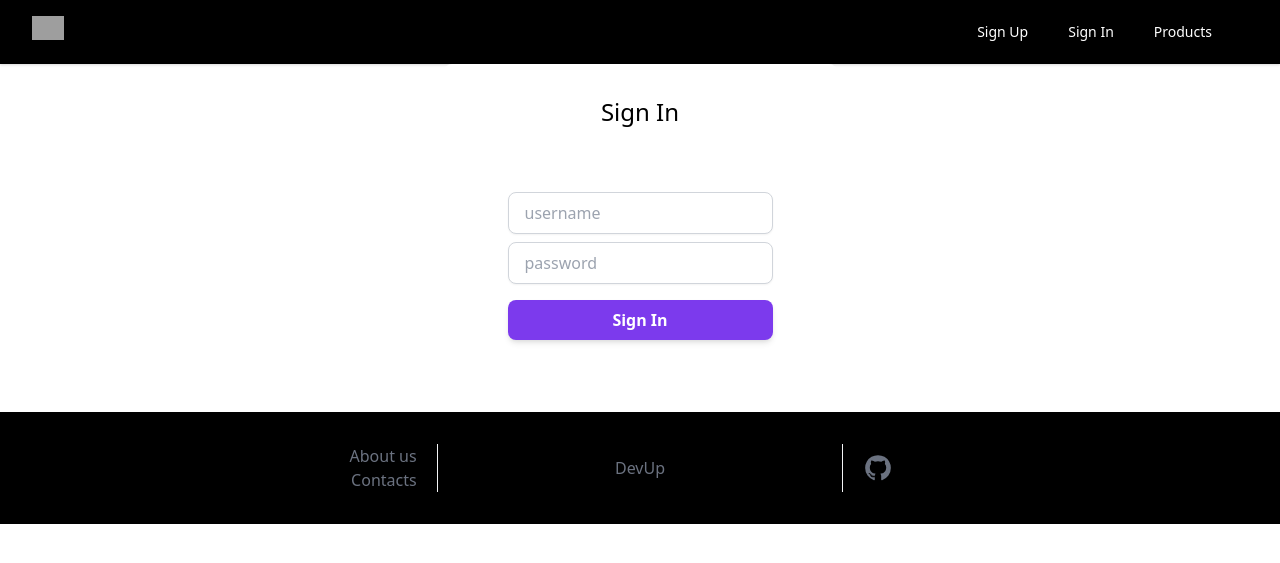
Repository: jesschoe/devup
Page: /signin (app in client/)
The author's editor kept a copy of each file at every save. The page is drawn from the files as they stood at one save, then again after a run of saves.
The browser window is 1280 px wide. The pictures show the whole page.
Pictures or frames that could not be fetched are drawn as grey boxes. The project was rebuilt for these pictures with package versions that can differ from the ones it lists, and the page was loaded fresh each time. Also part of the build but not shown: client/craco.config.js, client/src/screens/Home/Home.jsx, client/src/services/products.js, client/src/screens/ProductDetail/ProductDetail.jsx, client/src/screens/ProductEdit/ProductEdit.jsx, client/src/screens/ProductCreate/ProductCreate.jsx, client/src/screens/SignUp/SignUp.jsx, client/src/components/Product/Product.jsx and 2 more.

Above is the page before, as saved 2021-10-10 10:26:14.

### client/src/App.js
import './App.css';
import { Route } from "react-router-dom"
import Home from "./screens/Home/Home"
import ProductDetail from "./screens/ProductDetail/ProductDetail"
import ProductEdit from "./screens/ProductEdit/ProductEdit"
import ProductCreate from "./screens/ProductCreate/ProductCreate"
import SignUp from "./screens/SignUp/SignUp"
import SignIn from "./screens/SignIn/SignIn"
import Products from './screens/Products/Products';

function App() {
  return (
    <div className="App">
      <Route exact path="/">
        <Home />
      </Route>
      <Route exact path="/products">
       <Products />
      </Route>
      <Route path="/products/:id">
        <ProductDetail />
      </Route>
      <Route path="/products/:id/edit">
        <ProductEdit />
      </Route>
      <Route path="/add-product">
        <ProductCreate />
      </Route>
      <Route path="/signup">
        <SignUp />
      </Route>
      <Route path="/signin">
        <SignIn />
      </Route>
    </div>
  );
}

export default App;

### client/src/screens/SignIn/SignIn.jsx
import { useState } from "react";
import { signIn } from "../../services/users";
import { useHistory } from "react-router-dom";
import Layout from "../../components/Layout/Layout";

const SignIn = (props) => {
  const history = useHistory();

  const [form, setForm] = useState({
    username: "",
    password: "",
    isError: false,
    errorMsg: "",
  });

  const handleChange = (e) => {
    setForm({
      ...form,
      [e.target.name]: e.target.value,
    });
  };

  const onSignIn = async (e) => {
    e.preventDefault();
    const { setUser } = props;
    try {
      const user = await signIn(form);
      setUser(user);
      history.push("/");
    } catch (error) {
      console.error(error);
      setForm({
        isError: true,
        errorMsg: "Invalid username or password",
        username: "",
        password: "",
      });
    }
  };

  const renderError = () => {
    const toggleForm = form.isError ? "danger" : "";
    if (form.isError) {
      return (
        <button type="submit" className={toggleForm}>
          {form.errorMsg}
        </button>
      );
    } else {
      return <button type="submit">Sign In</button>;
    }
  };

  const { username, password } = form;

  return (
    <Layout>
      <div className="flex justify-center">
        <div class="flex flex-col justify-center items-center max-w-md px-4 py-8 bg-white rounded-lg  sm:px-6 md:px-8 lg:px-10">
          <div class="self-center mb-2 text-xl font-light text-black sm:text-2xl dark:text-white">
            Sign In
          </div>
          <div class="p-6 mt-8">
            <form onsubmit={onSignIn}>
              <div class="flex flex-col mb-2">
                <div class=" relative ">
                  <input
                    className=" rounded-lg border-transparent flex-1 appearance-none border border-gray-300 w-full py-2 px-4 bg-white text-gray-700 placeholder-gray-400 shadow-sm text-base focus:outline-none focus:ring-2 focus:ring-purple-600 focus:border-transparent"
                    required
                    type="text"
                    value={username}
                    onChange={handleChange}
                    placeholder="username"
                  />
                </div>
              </div>
              <div className="flex flex-col mb-2">
                <div className=" relative ">
                  <input
                    className=" rounded-lg border-transparent flex-1 appearance-none border border-gray-300 w-full py-2 px-4 bg-white text-gray-700 placeholder-gray-400 shadow-sm text-base focus:outline-none focus:ring-2 focus:ring-purple-600 focus:border-transparent"
                    required
                    type="password"
                    value={password}
                    onChange={handleChange}
                    placeholder="password"
                  />
                </div>
              </div>
              <div class="flex w-full my-4">
                <button
                  class="py-2 px-4  bg-purple-600 hover:bg-purple-700 focus:ring-purple-500 focus:ring-offset-purple-200 text-white w-full transition ease-in duration-200 text-center text-base font-semibold shadow-md focus:outline-none focus:ring-2 focus:ring-offset-2  rounded-lg "
                  type="submit"
                >
                  Sign In
                </button>
              </div>
            </form>
          </div>
        </div>
      </div>
    </Layout>
  );
};

export default SignIn;

{
  /* <div className="min-h-screen min-w-max flex justify-center items-center text-center">
      <div className="text-black block">Sign In</div>
      <form onSubmit={onSignIn}>
        <label>Email</label>
        <input
          required
          type="text"
          name="email"
          value={username}
          placeholder="username"
          onChange={handleChange}
        />
        <label>Password</label>
        <input
          required
          name="password"
          value={password}
          type="password"
          placeholder="password"
          onChange={handleChange}
        />
        {renderError()}
      </form>
    </div> */
}

### client/src/components/Layout/Layout.jsx
import Footer from '../Footer/Footer'
import Nav from '../Nav/Nav'

const Layout = (props) => {
  return (
    <div>
      <Nav />
      <div className="">
        {props.children}
      </div>
      <Footer />
    </div>
  )
}

export default Layout

### client/src/services/users.js
import api from './apiConfig'
import jwtDecode from 'jwt-decode'

export const signUp = async (credentials) => {
  try {
    const resp = await api.post('/sign-up', credentials)
    localStorage.setItem('token', resp.data.token)
    const user = jwtDecode(resp.data.token)
    return user
  } catch (error) {
    throw error
  }
}

export const signIn = async (credentials) => {
  try {
    const resp = await api.post('/sign-in', credentials)
    localStorage.setItem('token', resp.data.token)
    const user = jwtDecode(resp.data.token)
    return user
  } catch (error) {
    throw error
  }
}

export const signOut = async () => {
  try {
    localStorage.removeItem("token")
    return true
  } catch (error) {
    throw error
  }
}

export const changePassword = async (passwords, user) => {
  try {
    const resp = await api.post('/')
    return resp.data
  } catch (error) {
    throw error
  }
}

export const verifyUser = async () => {
  const token = localStorage.getItem('token')
  if (token) {
    const res = await api.get('/verify')
    return res.data
  }
  return false
}

### client/src/components/Footer/Footer.jsx
import React from "react";
import { Link } from "react-router-dom";
const Footer = () => {
  return (
    <div>
      <footer className="px-3 py-8 bg-black text-2 text-gray-500 transition-colors duration-200">
        <div className="flex flex-col">
          <div className="md:hidden mt-7 mx-auto w-11 h-px rounded-full"></div>
          <div class="mt-4 md:mt-0 flex flex-col md:flex-row">
            <nav className="flex-1 flex flex-col items-center justify-center md:items-end md:border-r border-gray-100 md:pr-5">
              <Link to="/" className="hover:text-white">
                About us
              </Link>
              <Link className="hover:text-white">Contacts</Link>
            </nav>
            <div className="md:hidden mt-4 mx-auto w-11 h-px rounded-full"></div>
            <div className="mt-4 md:mt-0 flex-1 flex items-center justify-center md:border-r border-gray-100 hover:text-white">
              <Link to="/">DevUp</Link>
            </div>
            <div className="md:hidden mt-4 mx-auto w-11 h-px rounded-full "></div>
            <div className="mt-7 md:mt-0 flex-1 flex flex-col items-center justify-center md:items-start md:pl-5">
              <svg
                xmlns="http://www.w3.org/2000/svg"
                width="30"
                height="30"
                fill="currentColor"
                className="text-xl hover:text-white transition-colors duration-200"
                viewBox="0 0 1792 1792"
              >
                <path d="M896 128q209 0 385.5 103t279.5 279.5 103 385.5q0 251-146.5 451.5t-378.5 277.5q-27 5-40-7t-13-30q0-3 .5-76.5t.5-134.5q0-97-52-142 57-6 102.5-18t94-39 81-66.5 53-105 20.5-150.5q0-119-79-206 37-91-8-204-28-9-81 11t-92 44l-38 24q-93-26-192-26t-192 26q-16-11-42.5-27t-83.5-38.5-85-13.5q-45 113-8 204-79 87-79 206 0 85 20.5 150t52.5 105 80.5 67 94 39 102.5 18q-39 36-49 103-21 10-45 15t-57 5-65.5-21.5-55.5-62.5q-19-32-48.5-52t-49.5-24l-20-3q-21 0-29 4.5t-5 11.5 9 14 13 12l7 5q22 10 43.5 38t31.5 51l10 23q13 38 44 61.5t67 30 69.5 7 55.5-3.5l23-4q0 38 .5 88.5t.5 54.5q0 18-13 30t-40 7q-232-77-378.5-277.5t-146.5-451.5q0-209 103-385.5t279.5-279.5 385.5-103zm-477 1103q3-7-7-12-10-3-13 2-3 7 7 12 9 6 13-2zm31 34q7-5-2-16-10-9-16-3-7 5 2 16 10 10 16 3zm30 45q9-7 0-19-8-13-17-6-9 5 0 18t17 7zm42 42q8-8-4-19-12-12-20-3-9 8 4 19 12 12 20 3zm57 25q3-11-13-16-15-4-19 7t13 15q15 6 19-6zm63 5q0-13-17-11-16 0-16 11 0 13 17 11 16 0 16-11zm58-10q-2-11-18-9-16 3-14 15t18 8 14-14z"></path>
              </svg>
            </div>
          </div>
        </div>
      </footer>
    </div>
  );
};

export default Footer;

### client/src/components/Nav/Nav.jsx
import { NavLink } from "react-router-dom";
import MobileNav from "../MobileNav/MobileNav";

const Nav = () => {
  return (
    <div>
      <nav className="bg-black dark:bg-gray-800  shadow ">
        <div className="max-w-7xl mx-auto px-8">
          <div className="flex items-center justify-between h-16">
            <div className="w-full justify-between flex items-center">
              <NavLink className="h-8 w-8" to="/">
                <img src="../../../public/logo.png" alt="Devup Logo" />{" "}
              </NavLink>
              <div className="hidden md:block">
                <div className="ml-10 flex items-baseline space-x-4">
                  <NavLink
                    className="text-white hover:text-indigo-400 px-3 py-2 rounded-md text-sm font-medium"
                    to="/signup"
                  >
                    Sign Up
                  </NavLink>
                  <NavLink
                    className="text-white hover:text-indigo-400 px-3 py-2 rounded-md text-sm font-medium"to="/signin">
                    Sign In
                  </NavLink>
                  <NavLink className="text-white hover:text-indigo-400 px-3 py-2 rounded-md text-sm font-medium"to="/products">
                    Products
                  </NavLink>
                </div>
              </div>
            </div>
            <div className="block">
              <div className="ml-4 flex items-center md:ml-6"></div>
            </div>
            <div className="-mr-2 flex md:hidden">
              <button className="text-white inline-flex items-center justify-center p-2 rounded-md focus:outline-none">
                <svg
                  width="20"
                  height="20"
                  fill="currentColor"
                  className="h-8 w-8"
                  viewBox="0 0 1792 1792"
                  xmlns="http://www.w3.org/2000/svg"
                >
                  <path d="M1664 1344v128q0 26-19 45t-45 19h-1408q-26 0-45-19t-19-45v-128q0-26 19-45t45-19h1408q26 0 45 19t19 45zm0-512v128q0 26-19 45t-45 19h-1408q-26 0-45-19t-19-45v-128q0-26 19-45t45-19h1408q26 0 45 19t19 45zm0-512v128q0 26-19 45t-45 19h-1408q-26 0-45-19t-19-45v-128q0-26 19-45t45-19h1408q26 0 45 19t19 45z"></path>
                </svg>
              </button>
            </div>
          </div>
        </div>
        <div className="md:hidden">
          <MobileNav />
        </div>
      </nav>
    </div>
  );
};

export default Nav;

### client/src/services/apiConfig.js
import axios from 'axios'

const getToken = () => {
    return new Promise(resolve => {
        resolve(`Bearer ${localStorage.getItem('token') || null}`)
    })
}

const api = axios.create({
    baseURL: process.env.NODE_ENV === 'production'
        ? 'https://devupapp.herokuapp.com//api'
        : 'http://localhost:3000/api'
})

api.interceptors.request.use(async function (config) {
    config.headers['Authorization'] = await getToken()
    return config
}, function (error) {
    console.log('Request error: ', error)
    return Promise.reject(error)
});

export default api

### client/src/components/MobileNav/MobileNav.jsx
import { NavLink } from "react-router-dom";

const MobileNav = () => {
  return (
    <div className="px-2 pt-2 pb-3 space-y-1 sm:px-3">
      <NavLink
        className="text-white hover:text-indigo-400 px-3 py-2 rounded-md text-sm font-medium block"
        to="/signup">
        Sign Up
      </NavLink>
      <NavLink
        className="text-white hover:text-indigo-400 px-3 py-2 rounded-md text-sm font-medium block"
        to="/signin">
        Sign In
      </NavLink>
      <NavLink
        className="text-white hover:text-indigo-400 px-3 py-2 rounded-md text-sm font-medium block"
        to="/products">
        Products
      </NavLink>
    </div>
  );
};

export default MobileNav;

Loaded but not shown: client/public/index.html (common file); client/src/index.js (common file); client/src/index.css (common file); client/src/reportWebVitals.js (common file); client/src/App.css (common file); client/tailwind.config.js (common file)

After the next 2 saves:
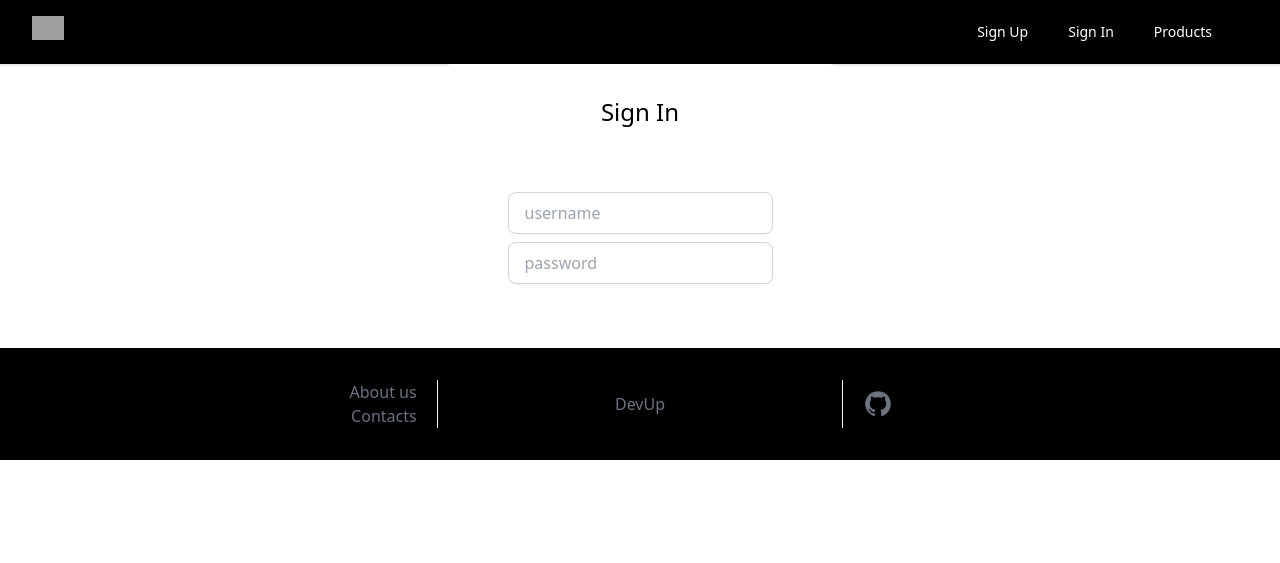
The 2 saves are shown as one change because they came seconds apart.
The last was saved 32 s later.
--- a/client/src/screens/SignIn/SignIn.jsx
+++ b/client/src/screens/SignIn/SignIn.jsx
@@ -86,14 +86,6 @@ const SignIn = (props) => {
                   />
                 </div>
               </div>
-              <div class="flex w-full my-4">
-                <button
-                  class="py-2 px-4  bg-purple-600 hover:bg-purple-700 focus:ring-purple-500 focus:ring-offset-purple-200 text-white w-full transition ease-in duration-200 text-center text-base font-semibold shadow-md focus:outline-none focus:ring-2 focus:ring-offset-2  rounded-lg "
-                  type="submit"
-                >
-                  Sign In
-                </button>
-              </div>
             </form>
           </div>
         </div>
